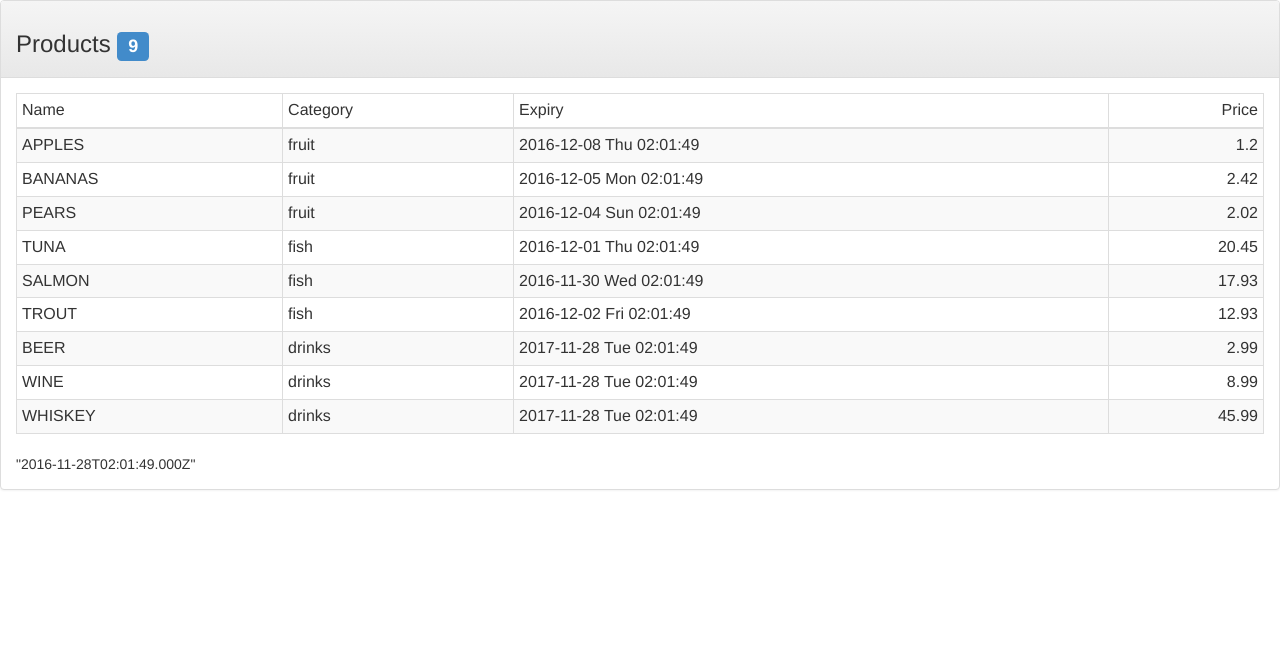
Repository: chisun-joung/workplace
Page: angularJS/WebContent/Chap14_Filter_CustomFilter/P404_Filter.html
An editor plug-in stored every save of this project. The page is shown before and after the next save, followed by the edit.
The browser window is 1280 px wide. The pictures show the whole page.
Some web libraries are served in a nearby version.

Above is the page before, as saved 2016-11-29 04:31:18.

### angularJS/WebContent/Chap14_Filter_CustomFilter/P404_Filter.html
<html ng-app="exampleApp">
<head>
	<title>Filters</title>
	<script src="https://ajax.googleapis.com/ajax/libs/angularjs/1.2.9/angular.js"></script>
	<link href="bootstrap.css" rel="stylesheet" />
	<link href="bootstrap-theme.css" rel="stylesheet" />
	<script>
		angular.module("exampleApp", [])
			.controller("defaultCtrl", function ($scope) {
				$scope.products = [
					{ name: "Apples", category: "Fruit", price: 1.20, expiry: 10 },
					{ name: "Bananas", category: "Fruit", price: 2.42, expiry: 7 },
					{ name: "Pears", category: "Fruit", price: 2.02, expiry: 6 },

					{ name: "Tuna", category: "Fish", price: 20.45, expiry: 3 },
					{ name: "Salmon", category: "Fish", price: 17.93, expiry: 2 },
					{ name: "Trout", category: "Fish", price: 12.93, expiry: 4 },

					{ name: "Beer", category: "Drinks", price: 2.99, expiry: 365 },
					{ name: "Wine", category: "Drinks", price: 8.99, expiry: 365 },
					{ name: "Whiskey", category: "Drinks", price: 45.99, expiry: 365 }
				];

				$scope.setDate = function(date){
					var today = new Date();
					return today.setDate(today.getDate() + date);
				}

				$scope.today = new Date();
			});
	</script>
</head>
<body ng-controller="defaultCtrl">
	<div class="panel panel-default">
		<div class="panel-heading">
			<h3>
				Products
				<span class="label label-primary">{{products.length}}</span>
			</h3>
		</div>

		<div class="panel-body">
			<table class="table table-striped table-bordered table-condensed">
				<thead>
					<tr>
						<td>Name</td>
						<td>Category</td>
						<td>Expiry</td>
						<td class="text-right">Price</td>
					</tr>
				</thead>
				<tbody>
					<tr ng-repeat="p in products">
						<td>{{p.name | uppercase}}</td>
						<td>{{p.category | lowercase}}</td>
						<td>{{setDate(p.expiry) | date: 'yyyy-MM-dd EEE hh:mm:ss'}}</td>
						<td class="text-right">{{p.price}}</td>
					</tr>
				</tbody>
			</table>

			<div>{{ today }}</div>

		</div>

	</div>
</body>
</html>

Loaded but not shown: angularJS/WebContent/Chap14_Filter_CustomFilter/bootstrap.css (library); angularJS/WebContent/Chap14_Filter_CustomFilter/bootstrap-theme.css (library)

After the next save:
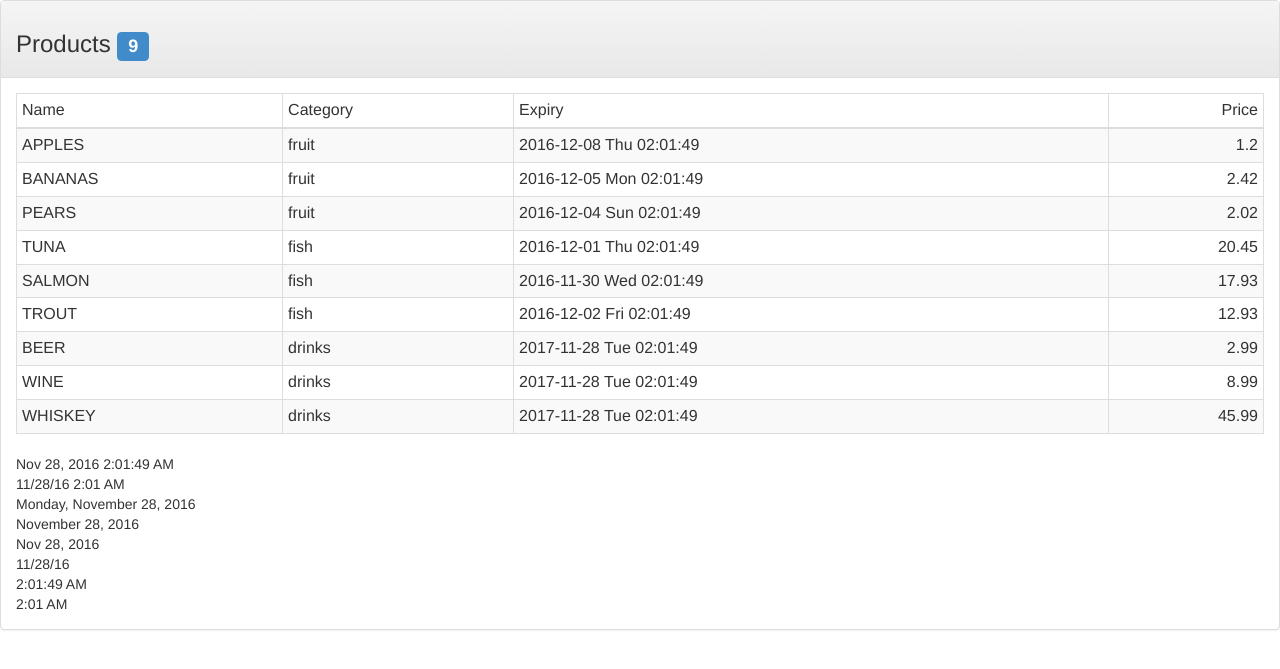
Saved 2 min 30 s later.
--- a/angularJS/WebContent/Chap14_Filter_CustomFilter/P404_Filter.html
+++ b/angularJS/WebContent/Chap14_Filter_CustomFilter/P404_Filter.html
@@ -59,7 +59,14 @@
 				</tbody>
 			</table>
 
-			<div>{{ today }}</div>
+			<div>{{ today | date : 'medium'}}</div>
+			<div>{{ today | date : 'short'}}</div>
+			<div>{{ today | date : 'fullDate'}}</div>
+			<div>{{ today | date : 'longDate'}}</div>
+			<div>{{ today | date : 'mediumDate'}}</div>
+			<div>{{ today | date : 'shortDate'}}</div>
+			<div>{{ today | date : 'mediumTime'}}</div>
+			<div>{{ today | date : 'shortTime'}}</div>
 
 		</div>
 
